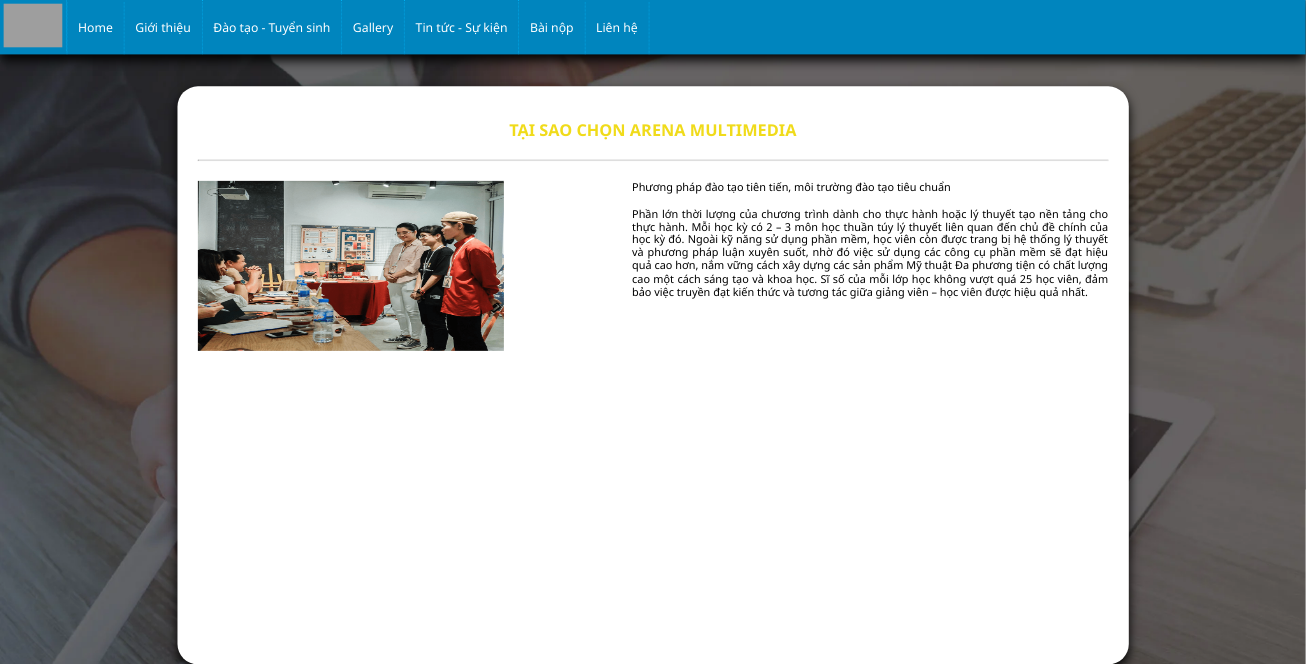
Repository: arena-dttan/dcw-final-exam-d2107m1
Page: final-list/DCW_Final_5_Nguyen-Thi-Thu-Huong_D2107M1/gioi-thieu.html
These files come from the project's save history. The page is drawn as it stood at one moment and after a run of saves; the edit follows.
The browser window is 1280 px wide. The page is 1920 px wide, so the pictures cover 1920 px, including what lies to the right of the window. The pictures show the whole page, at 68% of full size.
Pictures or frames that could not be fetched are drawn as grey boxes.

Above is the page before, as saved 2022-06-26 15:20:04.

After the next 3 saves:
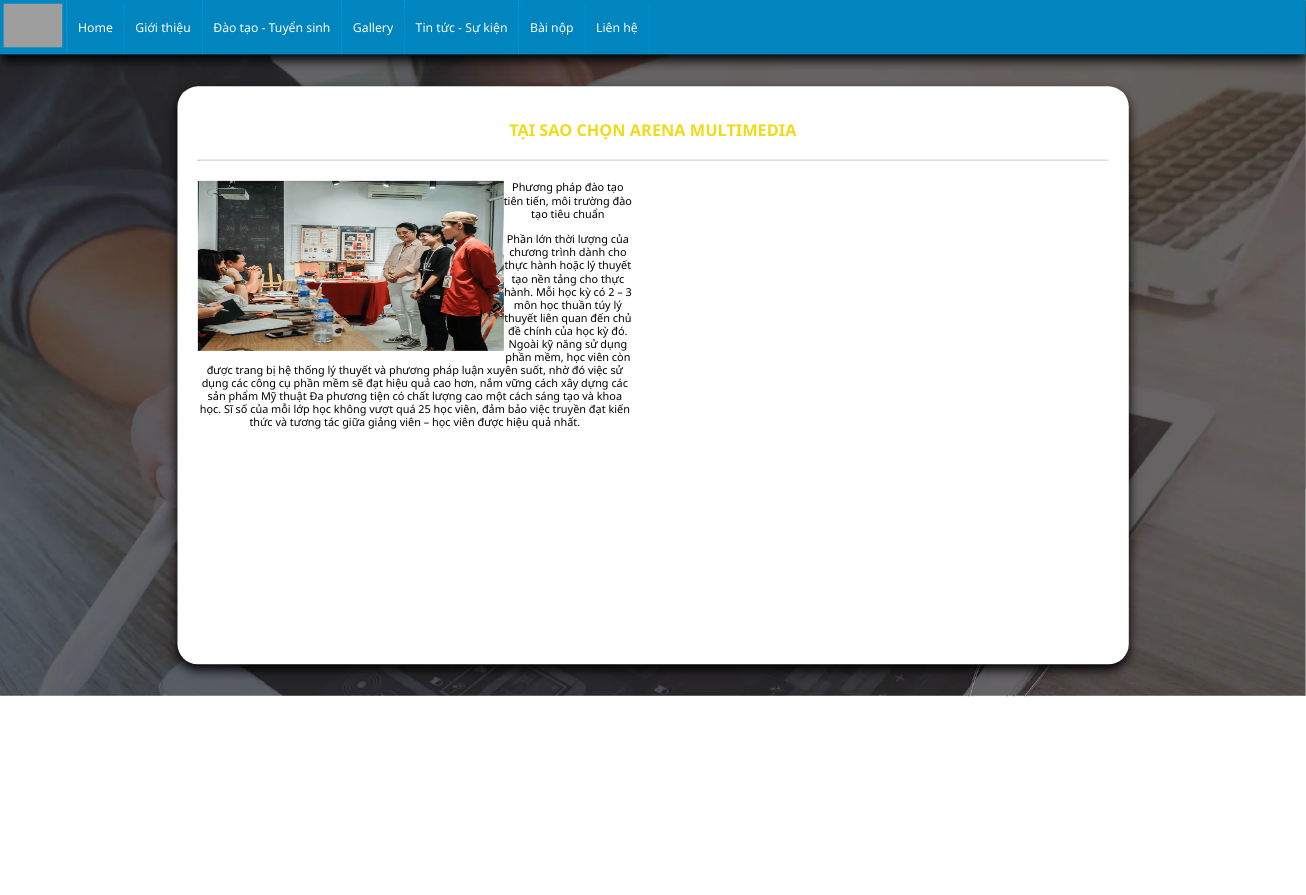
The 3 saves are shown as one change because they came seconds apart.
The last was saved 17 s later.
--- a/final-list/DCW_Final_5_Nguyen-Thi-Thu-Huong_D2107M1/gioi-thieu.html
+++ b/final-list/DCW_Final_5_Nguyen-Thi-Thu-Huong_D2107M1/gioi-thieu.html
@@ -68,7 +68,7 @@
                     <div class="img-test">
                         <img src="./images/gioi-thieu-1.png" alt="gioi-thieu-1">
                         <P>
-                        <b></b>Phương pháp đào tạo tiên tiến, môi trường đào tạo tiêu chuẩn</b>
+                        <P></P>Phương pháp đào tạo tiên tiến, môi trường đào tạo tiêu chuẩn</b>
                         <br>
                         <br>
                         Phần lớn thời lượng của chương trình dành cho thực hành hoặc lý thuyết

After the 3 saves that followed:
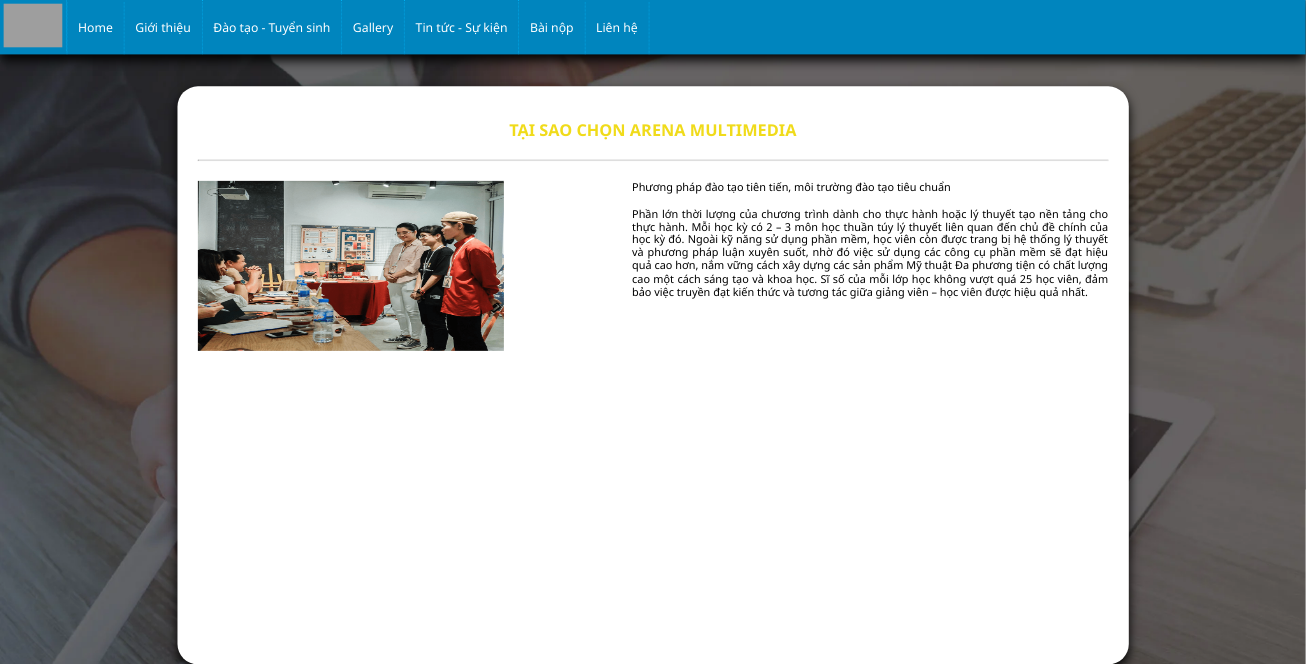
The 3 saves are shown as one change because they came seconds apart.
The last was saved 13 s later.
--- a/final-list/DCW_Final_5_Nguyen-Thi-Thu-Huong_D2107M1/gioi-thieu.html
+++ b/final-list/DCW_Final_5_Nguyen-Thi-Thu-Huong_D2107M1/gioi-thieu.html
@@ -68,7 +68,7 @@
                     <div class="img-test">
                         <img src="./images/gioi-thieu-1.png" alt="gioi-thieu-1">
                         <P>
-                        <P></P>Phương pháp đào tạo tiên tiến, môi trường đào tạo tiêu chuẩn</b>
+                        <b></b>Phương pháp đào tạo tiên tiến, môi trường đào tạo tiêu chuẩn</b>
                         <br>
                         <br>
                         Phần lớn thời lượng của chương trình dành cho thực hành hoặc lý thuyết
